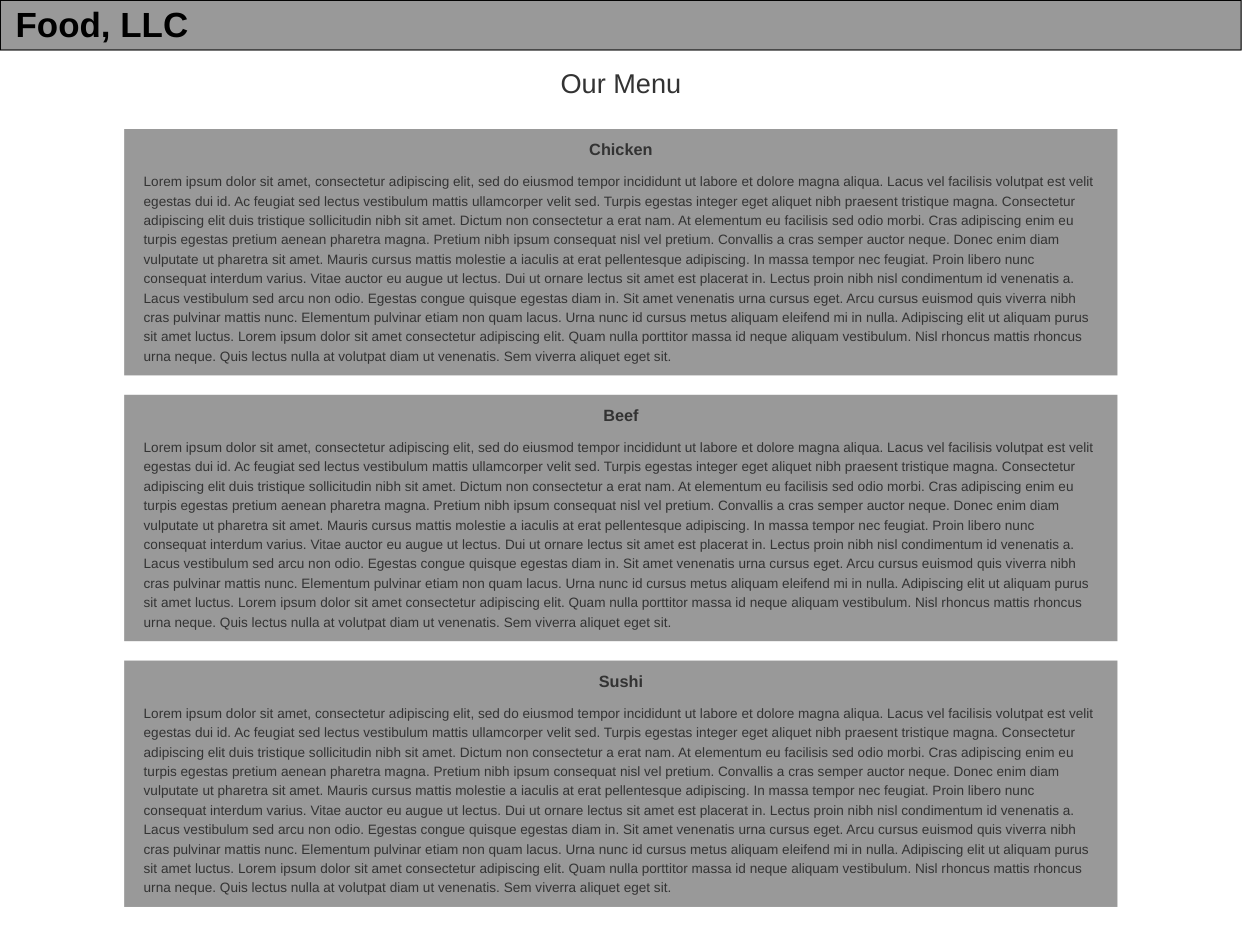
Repository: Cynthia-woo/coursera_frontend_JHU
Page: module3-solution/index.html
An editor plug-in stored every save of this project. The page is shown before and after the next save, followed by the edit.
The browser window is 1280 px wide. The pictures show the whole page, at 97% of full size.

Above is the page before, as saved 2024-04-20 02:55:07.

After the next save:
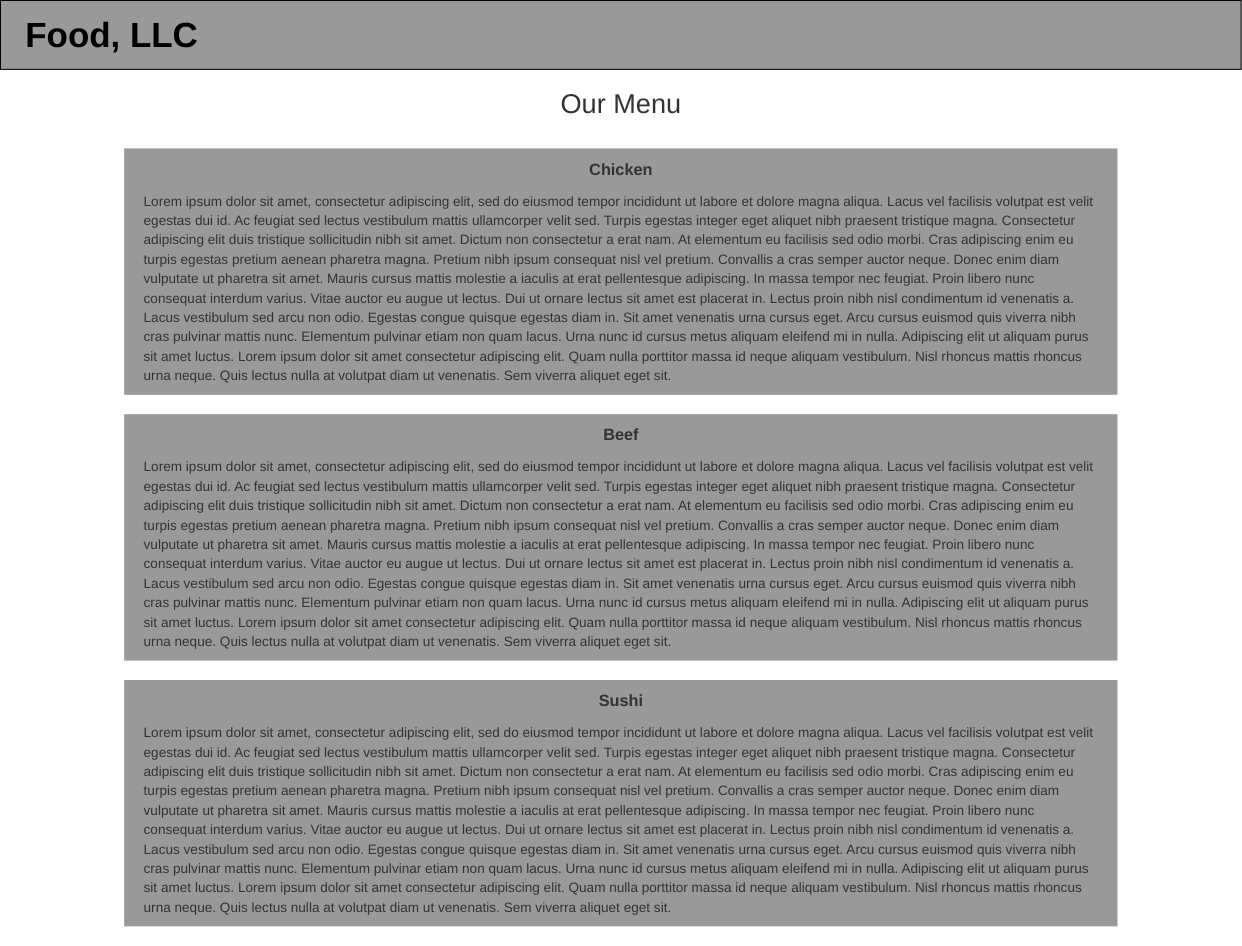
Saved 24 s later.
--- a/module3-solution/css/styles.css
+++ b/module3-solution/css/styles.css
@@ -7,12 +7,13 @@
     background-color: #999;
     border: 1px solid black;
     border-radius: 0;
+    padding: 10px;
 }
 
 .navbar-brand a{
     color: black;
     font-weight: bold;
-    font-size: 2em;;
+    font-size: 2em;
 }
 
 .navbar-brand a:hover {
@@ -46,50 +47,3 @@
     font-weight: bold;
     margin-bottom: 10px;
 }
-* {
-    margin: 0;
-    padding: 0;
-    box-sizing: border-box;
-}
-.navbar-default{
-    background-color: #999;
-    border: 1px solid black;
-    border-radius: 0;
-}
-
-.navbar-brand a{
-    color: black;
-    font-weight: bold;
-}
-
-.navbar-brand a:hover {
-    text-decoration: none;
-}
-
-
-
-#main_title {
-    text-align: center;
-    margin-bottom: 30px;
-    font-size: 2e,;;
-}
-
-
-.row {
-    margin: 0 auto;
-    width: 80%;
-}
-
-.col-md-12, .col-sm-12, .col-xs-12 {
-    /* width: 80%; */
-    margin: 0 auto 20px auto;
-    background-color: #999;
-    padding: 10px 20px;
-}
-
-.dish_title {
-    text-align: center;
-    font-size: 1.2em;
-    font-weight: bold;
-    margin-bottom: 10px;
-}
